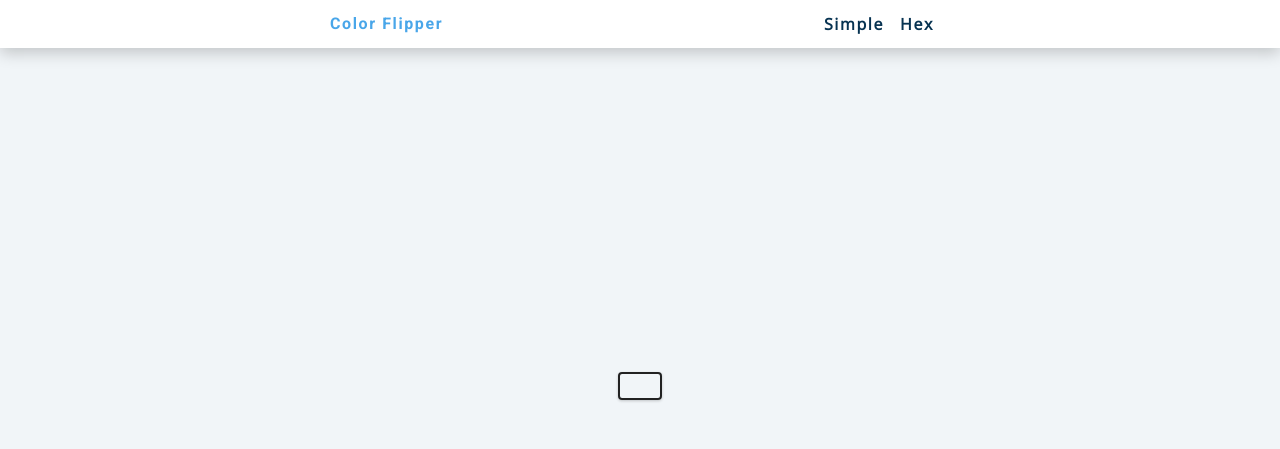
Repository: smit1298/color-changer
Page: index.html
These files come from the project's save history. The page is drawn as it stood at one moment and after the next save; the edit follows.
The browser window is 1280 px wide. The pictures show the whole page.

Above is the page before, as saved 2022-05-02 09:39:10.

After the next save:
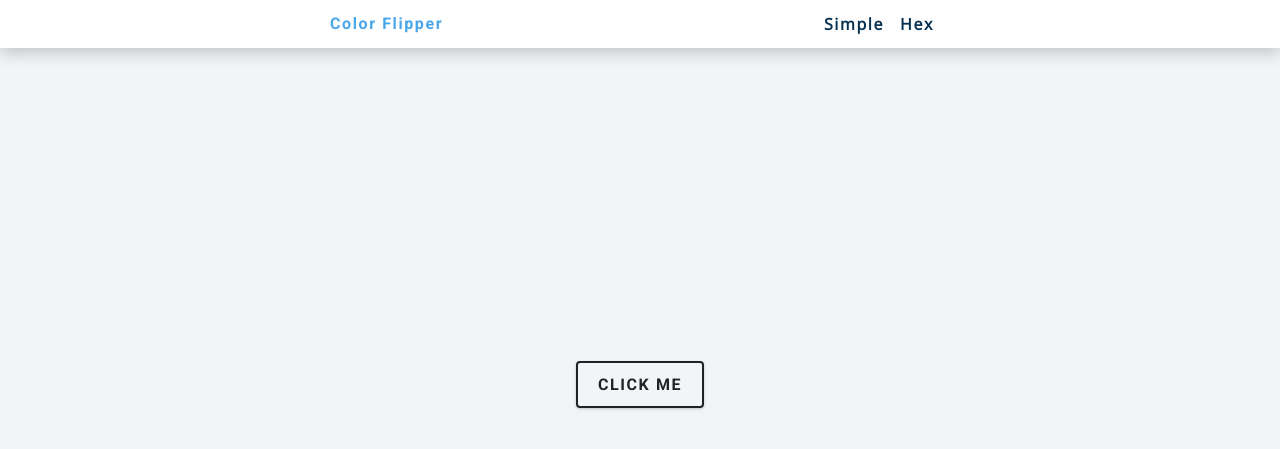
Saved 10 s later.
--- a/index.html
+++ b/index.html
@@ -26,7 +26,7 @@
   </nav>
   <main>
     <div class="container">
-      <button class="btn btn-hero"></button>
+      <button class="btn btn-hero">click me</button>
     </div>
   </main>
   <script src="app.js"></script>
